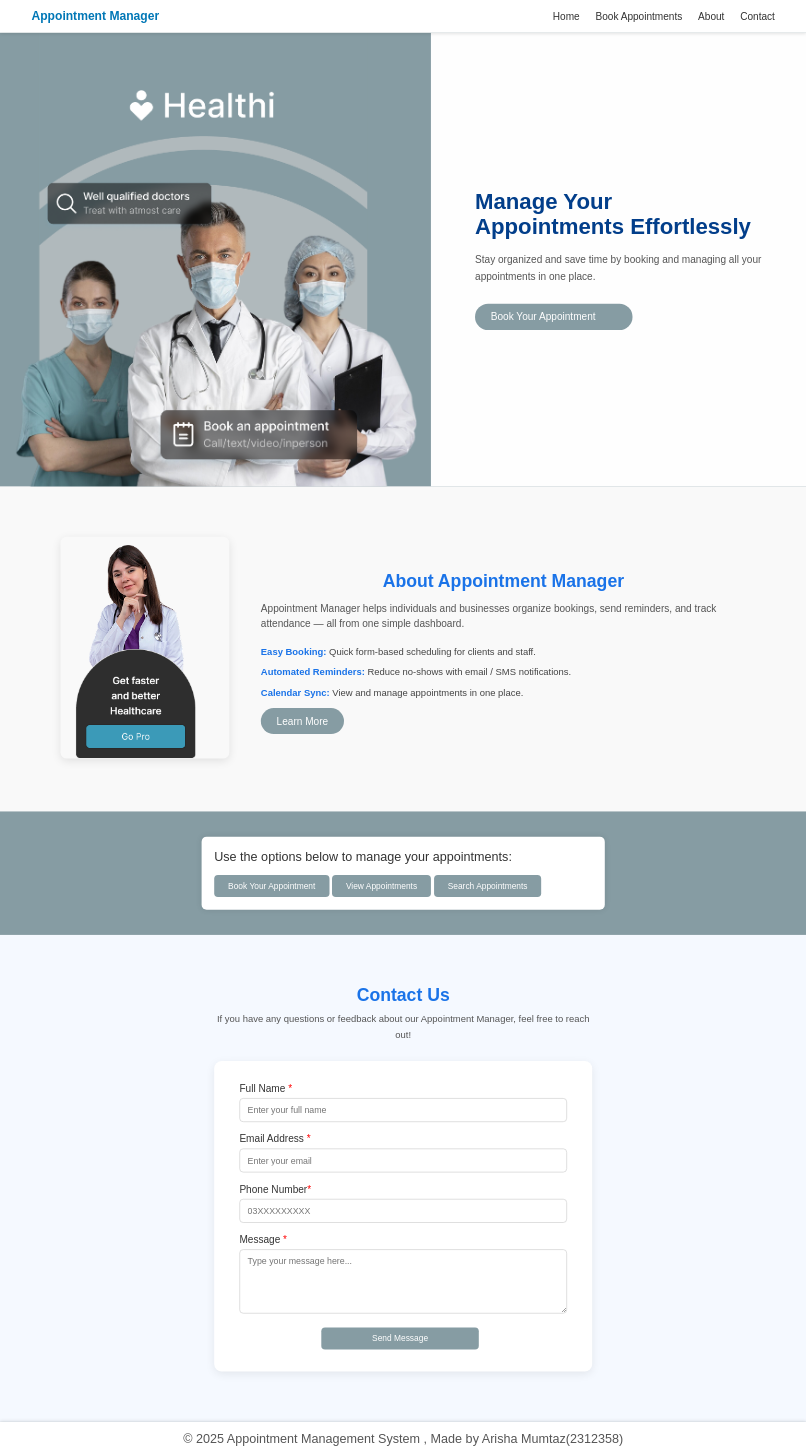
Repository: Arisha004/Hospital-Appointment-Management-System
Page: landingpage.html
These files come from the project's save history. The page is drawn as it stood at one moment and after the next save; the edit follows.
The browser window is 1280 px wide. The pictures show the whole page, at 63% of full size.

Above is the page before, as saved 2025-10-24 16:00:18.

### landingpage.html
<!DOCTYPE html>
<html lang="en">
<head>
  <meta charset="UTF-8">
  <meta name="viewport" content="width=device-width, initial-scale=1.0">
  <title>Appointment Management System</title>
  <link rel="stylesheet" href="style.css">
  <style>
    .container1 { width: 50%;margin: 40px auto; background: #fff; padding: 20px; border-radius: 8px; box-shadow: 0 0 10px rgba(0,0,0,0.1); }
  h2 { text-align: center; color: #007bff; }
    button{
  display: inline-block;
  background-color: #869CA3;
  color: #fff;
  padding: 10px 22px;
  border: none;
  border-radius: 6px;
  cursor: pointer;
  font-weight: 500;

  transition: 0.3s;
   text-align: center;
}
p{
  font-size: 20px;
}

button:hover {
  background-color: #7498a3;
  transform: translateY(-2px);
}
a{
  color: white;
  text-decoration: none;
}
  </style>
</head>
<body>
  <header class="navbar">
    <div class="logo">Appointment Manager</div>
    <nav>
      <ul>
        <li><a href="#landing">Home</a></li>
        <li><a href="index.php">Book Appointments</a></li>
        <li><a href="#about">About</a></li>
        <li><a href="#contact">Contact</a></li>
      </ul>
    </nav>
  </header>


  <section class="landing">
      <div class="right"></div>
    <div class="left">
      <h1>Manage Your Appointments Effortlessly</h1>
      <p>Stay organized and save time by booking and managing all your appointments in one place.</p>
      <a href="index.php" class="btn">Book Your Appointment</a>
    </div>

  </section>
  </section>


  <section id="about" class="about">
    <div class="container about-inner">
      <div class="about-image" aria-hidden="true">

        <img src="images/pic2.png" alt="" />
      </div>
      <div class="about-content">
        <h2>About Appointment Manager</h2>
        <p>Appointment Manager helps individuals and businesses organize bookings, send reminders, and track attendance — all from one simple dashboard.</p>
        <ul class="features">
          <li><strong>Easy Booking:</strong> Quick form-based scheduling for clients and staff.</li>
          <li><strong>Automated Reminders:</strong> Reduce no-shows with email / SMS notifications.</li>
          <li><strong>Calendar Sync:</strong> View and manage appointments in one place.</li>
        </ul>
        <a href="#about" class="btn">Learn More</a>
      </div>
    </div>
  </section>
  <section id="crudoperations">
    <div class="container1">
      <p>Use the options below to manage your appointments:</p><br>

       <button>  <a href="index.php">Book Your Appointment</a></button>
      <button> <a href="list.php" >View Appointments</a></button>
       <button>  <a href="searching.php">Search Appointments</a></button>
      </div>

  </section>

  <section id="contact" class="contact">
    <div class="container contact-inner">
      <h2>Contact Us</h2>
      <p>If you have any questions or feedback about our Appointment Manager, feel free to reach out!</p>

      <form action="insertcontactform.php" method="post" class="contact-form">
        <div class="form-group">
          <label for="name">Full Name <span>*</span></label>
          <input type="text" id="name" name="name" placeholder="Enter your full name" required pattern="[A-Za-z\s]{3,}">
        </div>

        <div class="form-group">
          <label for="email">Email Address <span>*</span></label>
          <input type="email" id="email" name="email" placeholder="Enter your email" required>
        </div>

        <div class="form-group">
          <label for="phone">Phone Number<span>*</span></label>
          <input type="tel" id="phone" name="phone" placeholder="03XXXXXXXXX" required pattern="[0-9]{11}" title="Enter 11-digit number only">
        </div>

        <div class="form-group">
          <label for="message">Message <span>*</span></label>
          <textarea id="message" name="message" rows="5" placeholder="Type your message here..." required minlength="10"></textarea>
        </div>

        <button type="submit" class="btn">Send Message</button>
      </form>
    </div>

  </section>
  <footer>
    <p>© 2025 Appointment Management System , Made by Arisha Mumtaz(2312358)</p>
  </footer>
</body>
</html>

### style.css
/* Reset and fonts */
* {
  margin: 0;
  padding: 0;
  box-sizing: border-box;
  font-family: 'Poppins', sans-serif;
}

body {
  background: #869CA3;
  color: #333;
}
/* About Section */
.about {
  background-color: #f9f9f9;
  padding: 80px 0;
}

.about-inner {
  width: 85%;
  max-width: 1100px;
  margin: 0 auto;
  display: flex;
  align-items: center;
  justify-content: space-between;
  gap: 50px;
  flex-wrap: wrap; /* makes it responsive */
}

.about-image img {
  width: 100%;
  max-width: 450px;
  border-radius: 10px;
  box-shadow: 0 4px 15px rgba(0,0,0,0.1);
}

.about-content {
  flex: 1;
  min-width: 300px;
}

.about-content h2 {
  font-size: 28px;
  color: #1a73e8;
  margin-bottom: 15px;
}

.about-content p {
  font-size: 16px;
  color: #555;
  line-height: 1.6;
  margin-bottom: 20px;
}

.features {
  list-style: none;
  padding: 0;
  margin-bottom: 25px;
}

.features li {
  margin-bottom: 10px;
  color: #444;
  font-size: 15px;
  line-height: 1.5;
}

.features strong {
  color: #1a73e8;
}


/* Contact Section */
.contact {
  background-color: #f5f9ff;
  padding: 80px 0;
}

.contact-inner {
  width: 85%;
  max-width: 600px;
  margin: 0 auto;
  text-align: center;
}

.contact h2 {
  font-size: 28px;
  color: #1a73e8;
  margin-bottom: 10px;
}

.contact p {
  color: #555;
  margin-bottom: 30px;
  font-size: 15px;
  line-height: 1.6;
}

.contact-form {
  background-color: #fff;
  padding: 35px 40px;
  border-radius: 12px;
  box-shadow: 0 4px 15px rgba(0,0,0,0.08);
  text-align: left;
}

.form-group {
  margin-bottom: 18px;
}

label {
  display: block;
  font-weight: 500;
  margin-bottom: 6px;
  color: #333;
}

label span {
  color: red;
}

input, textarea {
  width: 100%;
  padding: 10px 12px;
  border: 1px solid #ccc;
  border-radius: 6px;
  font-size: 14px;
  outline: none;
  transition: border-color 0.3s ease;
}

input:focus, textarea:focus {
  border-color: #1a73e8;
  box-shadow: 0 0 5px rgba(26,115,232,0.3);
}


.contact-form .btn {
  display: inline-block;
  background-color: #869CA3;
  color: #fff;
  padding: 10px 22px;
  border: none;
  border-radius: 6px;
  cursor: pointer;
  font-weight: 500;

  margin-left: 130px;
  transition: 0.3s;
   text-align: center;
}

.contact-form .btn:hover {
  background-color: #7498a3;
  transform: translateY(-2px);
}

/* Navbar */
.navbar {
  display: flex;
  justify-content: space-between;
  align-items: center;
  padding: 15px 50px;
  background: #fff;
  box-shadow: 0 2px 5px rgba(0,0,0,0.1);
  position: sticky;
  top: 0;
  z-index: 10;
}

.navbar .logo {
  font-weight: 700;
  font-size: 1.2rem;
  color: #0077b6;
}

.navbar ul {
  display: flex;
  list-style: none;
}

.navbar ul li a {
  text-decoration: none;
  color: #333;
  margin-left: 25px;
  transition: 0.3s;
}

.navbar ul li a:hover {
  color: #0077b6;
}

/* Split Landing Section */
.landing {
  display: flex;
  height: 100vh;
}


  button{

  display: inline-block;
  background-color: #869CA3;
  color: #fff;
  padding: 10px 22px;
  border: none;
  border-radius: 6px;
  cursor: pointer;
  font-weight: 500;

  transition: 0.3s;
   text-align: center;
}

button:hover {
  background-color: #7498a3;
  transform: translateY(-2px);
}
/* Left Text Section */
.landing .left {
  flex: 1;
  width: 50%;
  display: flex;
  flex-direction: column;
  justify-content: center;
  padding: 0 70px;
  background: #fefefe;
}

.landing .left h1 {
  font-size: 2.2rem;
  color: #023e8a;
  margin-bottom: 20px;
}

.landing .left p {
  font-size: 1rem;
  color: #555;
  margin-bottom: 30px;
  line-height: 1.6;
}

.btn {
  background: #869CA3;
  color: #fff;
  padding: 12px 25px;
  border-radius: 30px;
  text-decoration: none;
  font-weight: 300;
  transition: 0.3s;
  width: 250px;
}

.btn:hover {
  background: #7498a3;
}

/* Right Image Section */
.landing .right {
  flex: 1.5;
  background:url(images/pic1.png);
  background-repeat: no-repeat;
  background-size: cover;
  position: relative;
}

.landing .right::after {
  content: "";
  position: absolute;
  inset: 0;
}

/* Footer */
footer {
  text-align: center;
  padding: 15px;
  background: #fff;
  box-shadow: 0 -2px 5px rgba(0,0,0,0.1);
  font-size: 0.9rem;
  color: #555;
}

After the next save:
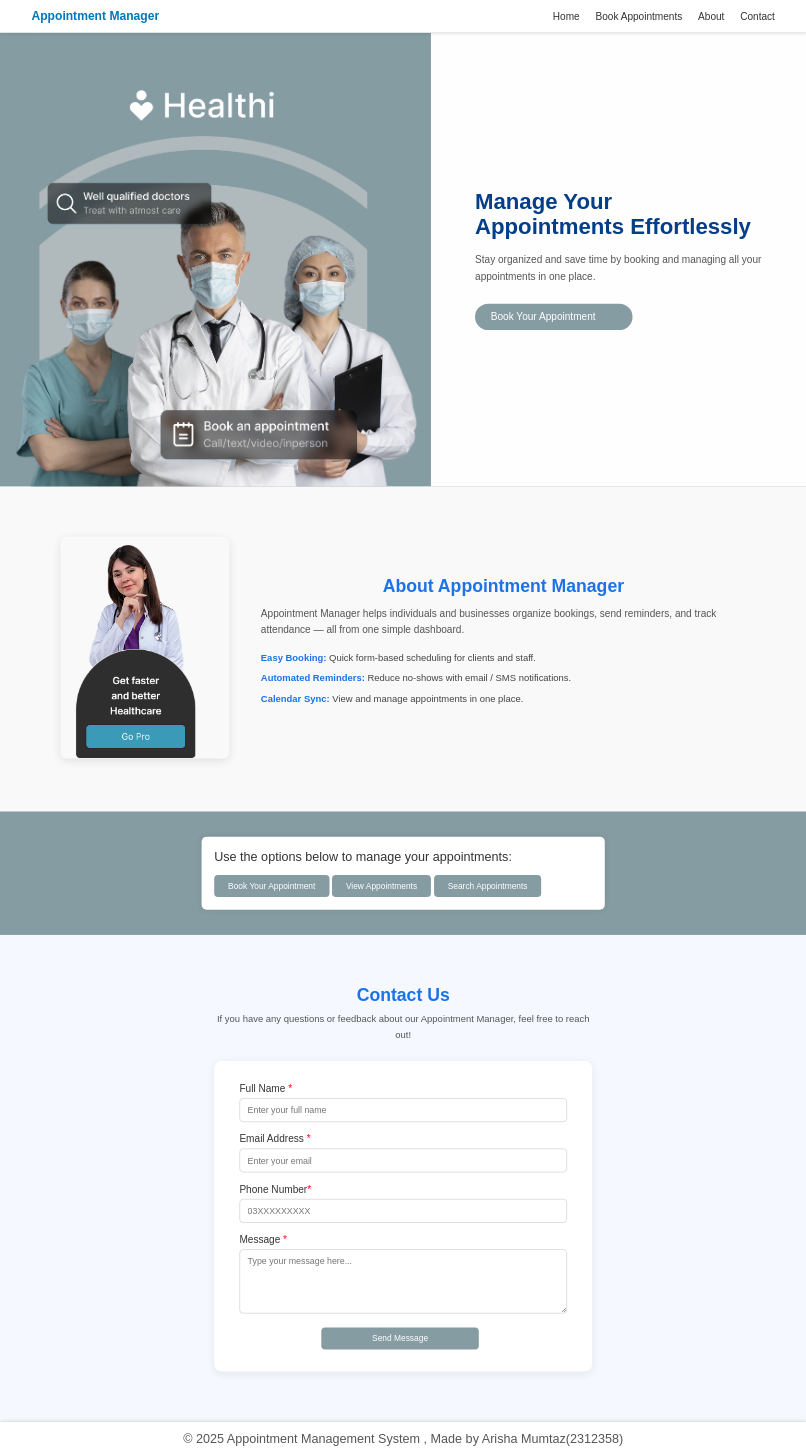
Saved 12 s later.
--- a/landingpage.html
+++ b/landingpage.html
@@ -75,7 +75,6 @@ a{
           <li><strong>Automated Reminders:</strong> Reduce no-shows with email / SMS notifications.</li>
           <li><strong>Calendar Sync:</strong> View and manage appointments in one place.</li>
         </ul>
-        <a href="#about" class="btn">Learn More</a>
       </div>
     </div>
   </section>
